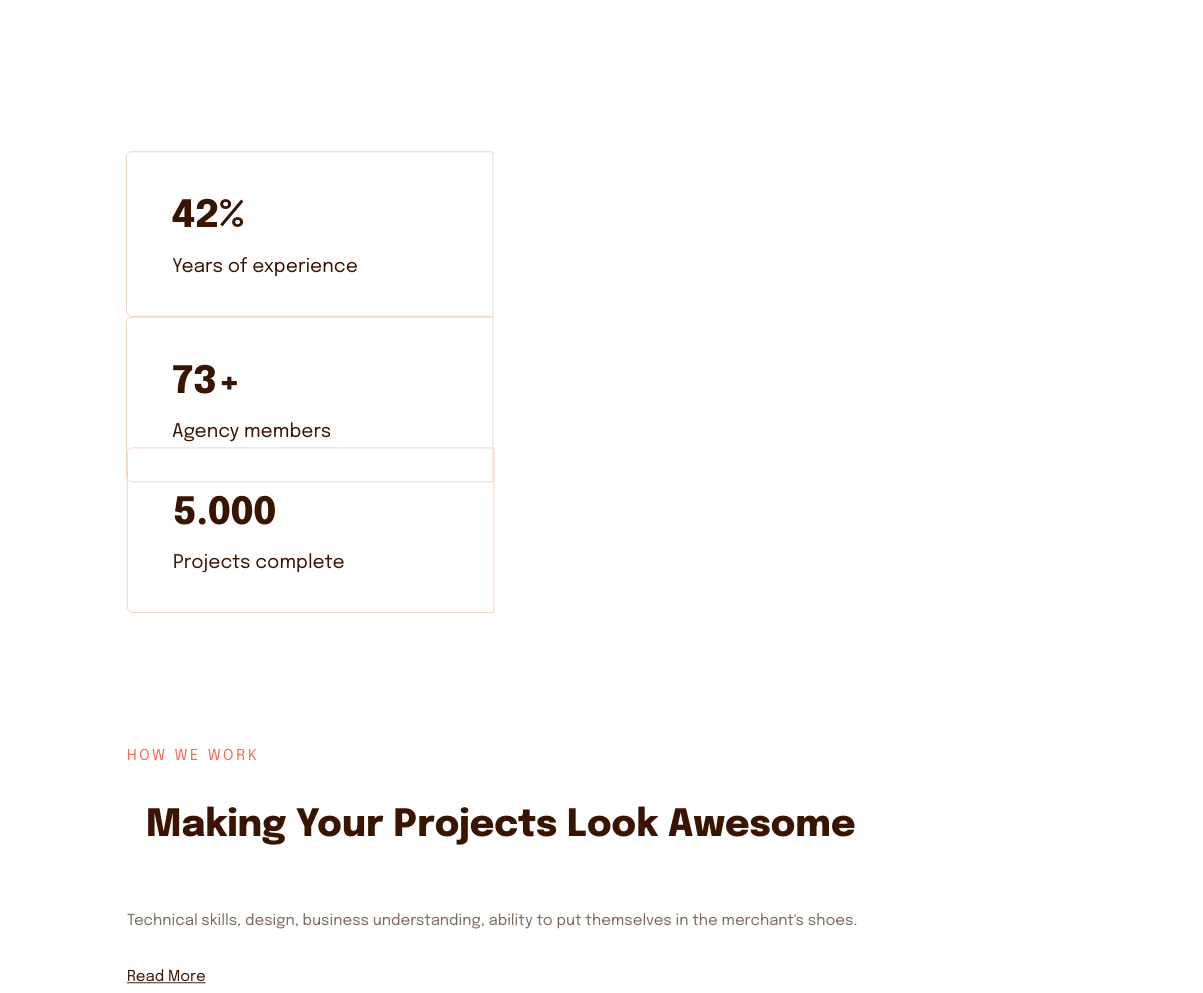
Repository: MehdiKerimov/Figma-task-7
Page: index.html
The author's editor kept a copy of each file at every save. The page is drawn from the files as they stood at one save, then again after the next save.
The browser window is 1280 px wide. The pictures show the whole page, at 94% of full size.

Above is the page before, as saved 2023-08-30 11:55:52.

### index.html
<!DOCTYPE html>
<html lang="en">

<head>
    <meta charset="UTF-8">
    <meta name="viewport" content="width=device-width, initial-scale=1.0">
    <title>Document</title>
    <link rel="stylesheet" href="index.css">
</head>

<body>
    <div class="container">
        <ul>
            <div class="box-1">
                <li>
                    <h1>42%</h1>
                    <p>Years of experience</p>
                </li>
            </div>
            <div class="box-2">
                <li>
                    <h1>73+</h1>
                    <P>Agency members</P>
                </li>
                <div class="box-3">
                    <li>
                        <h1>5.000</h1>
                        <p>Projects complete</p>
                    </li>
                </div>
            </div>
        </ul>
    </div>
    <div class="container-2">
        <h1>How we work</h1>
        <h2>Making Your Projects Look Awesome</h2>
        <p>Technical skills, design, business understanding, ability to put themselves in the merchant's shoes.</p>
        <a href="">Read More</a>
    </div>
    <div class="container-3">
    </div>
</body>

</html>

### index.css
@import url('https://fonts.googleapis.com/css2?family=Epilogue:wght@400;800&display=swap');*{
padding: 0;
margin: 0;
box-sizing: border-box;
}
.container{
    display: flex;
    padding: 161px 134px 135px 134px;
}
.box-1{

    width: 391px;
height: 176px;
    border-radius: 6px 0px 0px 6px;
border: 1px solid #F3D1BF;
}
ul{
    list-style-type: none;
}
.box-1 li h1{
    padding: 45px 0px 13px 48px;
    color: var(--text-dark, #391400);
font-feature-settings: 'clig' off, 'liga' off;
font-family: Epilogue;
font-size: 40px;
font-style: normal;
font-weight: 800;
line-height: 48px;
}
.box-1 li p{
    margin-left: 48px;
    color: var(--text-dark, #391400);
font-feature-settings: 'clig' off, 'liga' off;
font-family: Epilogue;
font-size: 20px;
font-style: normal;
font-weight: 400;
line-height: 32px;
}
.box-2{

       width: 391px;
height: 176px;
    border-radius: 6px 0px 0px 6px;
border: 1px solid #F3D1BF;
}
.box-2 li h1{
     padding: 45px 0px 13px 48px;
color: var(--text-dark, #391400);
font-feature-settings: 'clig' off, 'liga' off;
font-family: Epilogue;
font-size: 40px;
font-style: normal;
font-weight: 800;
line-height: 48px;
}
.box-2 li p{
      margin-left: 48px;
    color: var(--text-dark, #391400);
font-feature-settings: 'clig' off, 'liga' off;
font-family: Epilogue;
font-size: 20px;
font-style: normal;
font-weight: 400;
line-height: 32px;
}
.box-3{
      width: 391px;
height: 176px;
    border-radius: 6px 0px 0px 6px;
border: 1px solid #F3D1BF;
}
.box-3 li h1{
     padding: 45px 0px 13px 48px;
    color: var(--text-dark, #391400);
font-feature-settings: 'clig' off, 'liga' off;
font-family: Epilogue;
font-size: 40px;
font-style: normal;
font-weight: 800;
line-height: 48px;
}
.box-3 li p{
        margin-left: 48px;
    color: var(--text-dark, #391400);
font-feature-settings: 'clig' off, 'liga' off;
font-family: Epilogue;
font-size: 20px;
font-style: normal;
font-weight: 400;
line-height: 32px;
}
.container{
    display: flex;
}
.container-2 h1{
    padding: 140px 0px 17px 135px;
    color: var(--text-dark-accent, #EF6D58);
font-feature-settings: 'clig' off, 'liga' off;
font-family: Epilogue;
font-size: 16px;
font-style: normal;
font-weight: 400;
line-height: 32px;
letter-spacing: 3px;
text-transform: uppercase;
}
.container-2 h2{
    padding: 17px 152px 31px 155px;
    color: var(--text-dark, #391400);
font-feature-settings: 'clig' off, 'liga' off;
font-family: Epilogue;
font-size: 40px;
font-style: normal;
font-weight: 800;
line-height: 48px;
}
.container-2 p{
    padding: 31px 130px 28px 135px;
color: var(--text-dark-gray, rgba(57, 20, 0, 0.64));
font-feature-settings: 'clig' off, 'liga' off;
font-family: Epilogue;
font-size: 16px;
font-style: normal;
font-weight: 400;
line-height: 32px;
}
.container-2 a{
    padding: 28px 0px 0px 135px;
    color: var(--text-dark, #391400);
font-feature-settings: 'clig' off, 'liga' off;
font-family: Epilogue;
font-size: 16px;
font-style: normal;
font-weight: 400;
line-height: 32px;
}

After the next save:
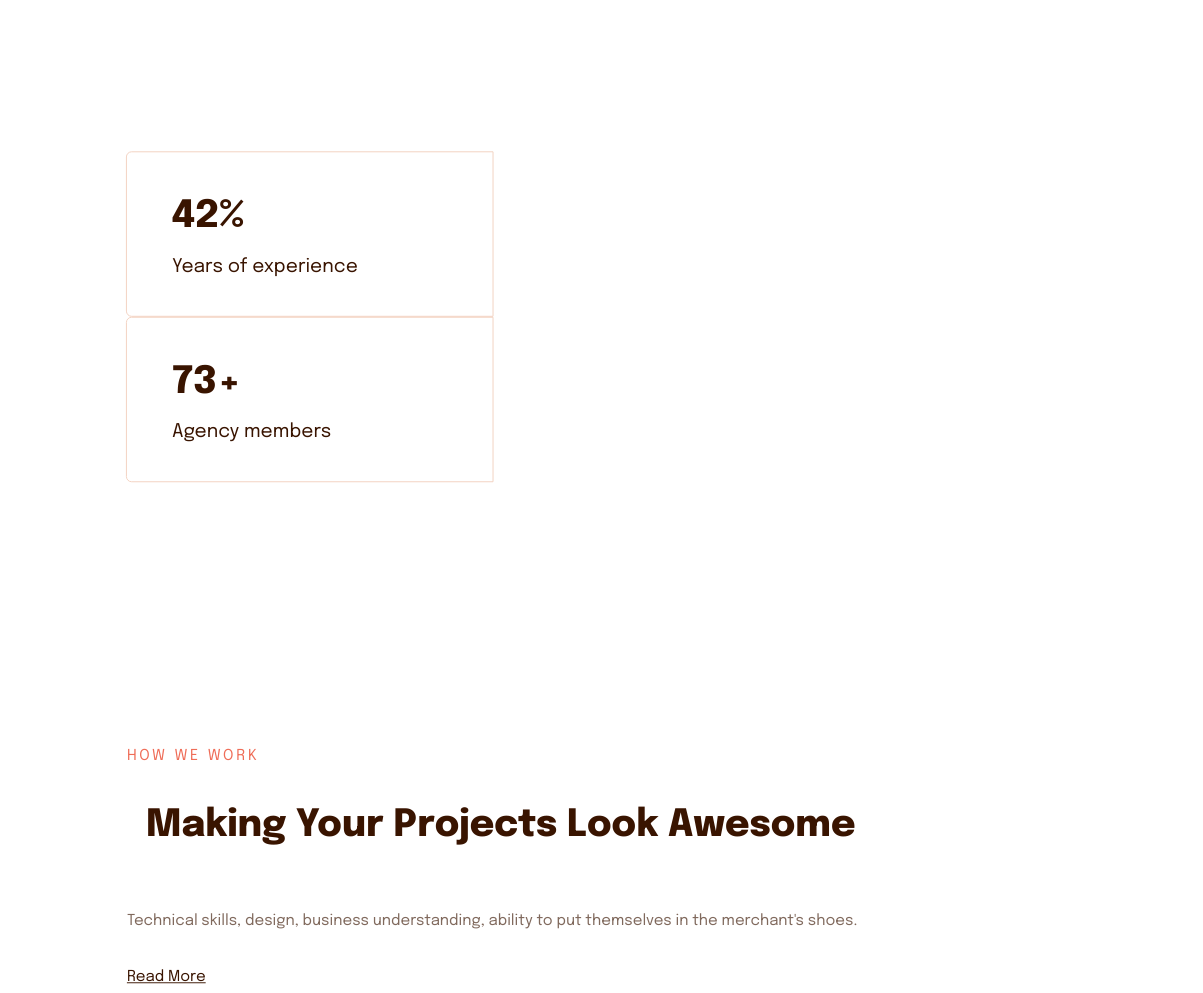
Saved 26 s later.
--- a/index.html
+++ b/index.html
@@ -22,12 +22,7 @@
                     <h1>73+</h1>
                     <P>Agency members</P>
                 </li>
-                <div class="box-3">
-                    <li>
-                        <h1>5.000</h1>
-                        <p>Projects complete</p>
-                    </li>
-                </div>
+
             </div>
         </ul>
     </div>
